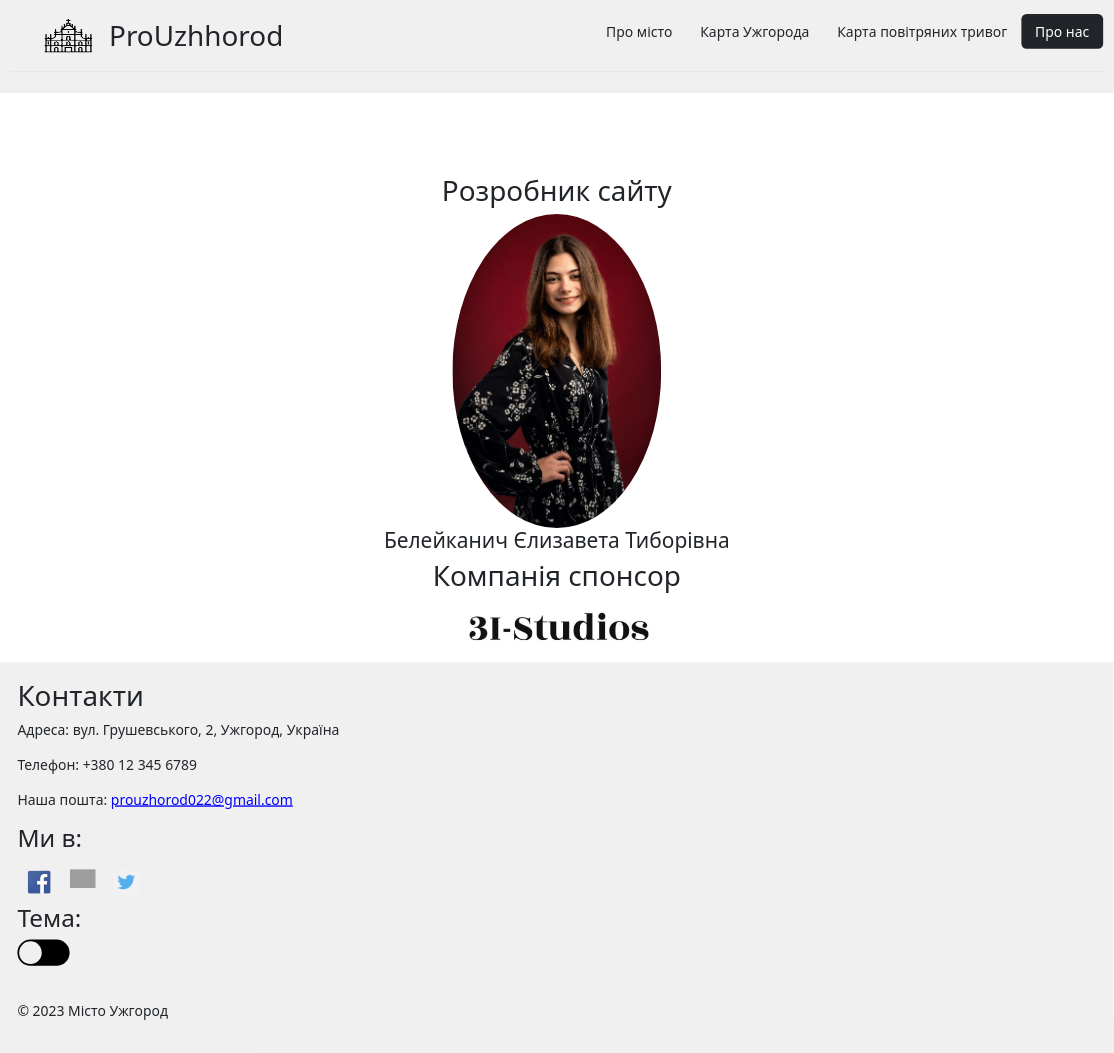
Repository: LordClaus/ProUzhorod
Page: UA/aboutUs.html
The author's editor kept a copy of each file at every save. The page is drawn from the files as they stood at one save, then again after the next save.
The browser window is 1280 px wide. The pictures show the whole page, at 87% of full size.
Pictures or frames that could not be fetched are drawn as grey boxes.

Above is the page before, as saved 2024-05-06 18:42:13.
Console error: TypeError: Cannot read properties of null (reading 'addEventListener')

### UA/aboutUs.html
<!DOCTYPE html>
<html lang="uk">

<head>
    <meta charset="UTF-8">
    <meta name="viewport" content="width=device-width, initial-scale=1.0">
    <title>Місто Ужгород</title>
    <link rel="stylesheet" type="text/css" href="Data/styles.css">
    <!-- Bootstrap CSS (jsDelivr CDN) -->
    <link href="https://cdn.jsdelivr.net/npm/bootstrap@5.3.0/dist/css/bootstrap.min.css" rel="stylesheet"
        integrity="sha384-9ndCyUaIbzAi2FUVXJi0CjmCapSmO7SnpJef0486qhLnuZ2cdeRhO02iuK6FUUVM" crossorigin="anonymous">
    <!-- Bootstrap Bundle JS (jsDelivr CDN) -->
    <script defer src="https://cdn.jsdelivr.net/npm/bootstrap@5.3.0/dist/js/bootstrap.bundle.min.js"
        integrity="sha384-geWF76RCwLtnZ8qwWowPQNguL3RmwHVBC9FhGdlKrxdiJJigb/j/68SIy3Te4Bkz"
        crossorigin="anonymous"></script>
    <script>
        document.addEventListener("DOMContentLoaded", function () {
            const div = document.querySelector("div");
            div.classList.remove("scrolled");
            window.addEventListener("scroll", () => {
                const div = document.querySelector("div");
                const scrollPosition = window.scrollY;
                div.classList.remove("scrolled");
            });
            document.querySelector('a[href="#contact"]').addEventListener('click', function (e) {
                e.preventDefault();
                const target = document.querySelector('#contact');
                if (target) {
                    const offset = target.getBoundingClientRect().top + window.scrollY - document.querySelector('nav').clientHeight;
                    window.scrollTo({
                        top: offset,
                        behavior: 'smooth'
                    });
                }
            });
        });
        document.addEventListener('DOMContentLoaded', function () {
            // Перевіряємо, чи зберіглась темна тема у localStorage
            const isDarkTheme = localStorage.getItem('theme') === 'dark-theme';

            // Якщо темна тема була активована на головній сторінці, застосуємо її на цій сторінці
            if (isDarkTheme) {
                document.body.classList.add('dark-theme');
            }
        });
    </script>
</head>

<body style="background: white;">
    <div class="container-fluid  fixed-top scrolled">
        <header class="d-flex flex-wrap justify-content-center py-3 mb-4 border-bottom">
            <a href="Main.html"
                class="d-flex align-items-center mb-3 mb-md-0 me-md-auto text-dark text-decoration-none">
                <svg class="bi me-2" width="40" height="32">
                    <use xlink:href="#bootstrap"></use>
                </svg>
                <img src="Data/Images/25.png" height="50px" class="d-inline-block align-text-top">
                <h2 class="m-0">ProUzhhorod</h2>
            </a>
            <ul class="nav nav-pills">
                <li class="nav-item"><a class="nav-link text-dark" href="Main.html">Про місто</a></li>
                <li class="nav-item"><a class="nav-link text-dark" href="map.html">Карта Ужгорода</a></li>
                <li class="nav-item"><a class="nav-link text-dark" href="mapAirRade.html">Карта повітряних тривог</a>
                </li>
                <li class="nav-item"><a class="nav-link active bg-dark">Про нас</a></li>
            </ul>
        </header>
    </div>
    <header style="height: 200px; color: #fff; padding-top: 120px; visibility: hidden;">
        <div class="scrolled">
            <h1>Про нас</h1>
        </div>
    </header>

    <section>
        <div class="p center-content">
            <h2>Розробник сайту</h2>
            <img src="Data/Images/1.jpg" style="max-width: 30%; border-radius: 50%;">
            <h4>Белейканич Єлизавета Тиборівна</h4>
        </div>
    </section>

    <section>
        <div class="p center-content">
            <h2>Компанія спонсор</h2>
            <img src="Data/Images/15.png" style="max-width: 30%;">
        </div>
    </section>

    <section id="contact">
        <div class="bottom">
            <h2>Контакти</h2>
            <p>Адреса: вул. Грушевського, 2, Ужгород, Україна</p>
            <p>Телефон: +380 12 345 6789</p>
            <p>Наша пошта: <a href="mailto:prouzhorod022@gmail.com"
                    style="color: blue;"><u>prouzhorod022@gmail.com</u></a></p>
            <h3>Ми в:</h3>
            <div class="links">
                <img src="Data/Images/19.png">
                <img src="Data/Images/20.png">
                <img src="Data/Images/21.png">
            </div>
            <h3>Тема:</h3>
            <div class="toggle-switch">
                <input type="checkbox" id="switch" />
                <label for="switch" class="toggle-label"></label>
            </div>
        </div>
    </section>
    <footer>
        <div class="bottom">
            <p>&copy; 2023 Місто Ужгород</p>
        </div>
    </footer>
</body>

</html>

### UA/Data/styles.css
/* Стилі для body */
.cont {
    max-width: 1250px;
    margin: 0 auto;
    width: 100%;
    margin: 5px;
    padding: 0 20px;
}

* {
    box-sizing: border-box;
    padding: 0;
    margin: 0;
}

#languageDropdownMenu {
    display: none;
    position: absolute;
    border: 0px solid white;
    padding: 5px;
}

#languageDropdown {
    border: 0px solid white;
}

.dropdown-item:hover + #languageDropdownMenu,
#languageDropdownMenu:hover {
    display: block;
}

body {
    font-family: Arial, sans-serif;
    background-color: #f0f0f0;
    margin: 0;
    padding: 0;
}

a {
    text-decoration: none;
    /* Забрати підкреслення */
    color: inherit;
    /* Змінити колір тексту на спадковий (залежить від батьківського елементу) */
}

/* Стилі для верхньої панелі навігації */

.container-fluid {
    position: relative;
    z-index: 1;
    background-color: #f0f0f0;
    transition: transform 0.5s;
}

.container-fluid.scrolled {
    transform: translateY(-250px);
    /* Початкова позиція поза екраном для плавного з'явлення */
    transition: transform 0.5s ease;
}


/* Стилі для заголовка в шапці */
.header {
    color: #fff;
    padding-top: 220px;
    background: linear-gradient(rgba(0, 0, 0, 0.5), rgba(0, 0, 0, 0.5)), url("Images/35.gif");
    background-size: cover;
    background-position: center;
    height: 770px;
}

.header img {
    display: block;
    margin: 0 auto;
    width: 200px;
}

.theme {
    margin-left: 2%;
    transition: transform 1.5s, opacity 1s;
    animation: fadeOut 1s;
}

.theme.scrolled {
    transform: translateX(-800px);
    opacity: 0;
}

@media (min-width: 815px) {

    .left {
        transition: transform 1.5s, opacity 1s;
        animation: fadeOut 1s;
    }

    .left.scrolled {
        transform: translateX(-80px);
        opacity: 0;
    }

    .right {
        transition: transform 1.5s, opacity 1s;
        animation: fadeOut 1s;
    }

    .right.scrolled {
        transform: translateX(+80px);
        opacity: 0;
    }
}

.paragraph {
    margin-right: 1.3%;
    margin-left: 1.3%;
    padding: 20px;
    font-size: 20px;
    background-color: #f0f0f0;
    background-size: cover;
    margin-top: 5px;
    /* Відступи між контейнерами */
    margin-bottom: 5px;
    /* Відступи між контейнерами */
}

/* Стилі для заголовка */
h1 {
    font-size: 36px;
}

.wrap {
    display: flex;
    position: relative;
}

/* Стилі для контейнера піктограм */
.new-pictograms {
    display: flex;
    flex-wrap: wrap;
    /* Дозволяє обгортати рядки */
    gap: 30px;
    padding: 20px 0;
    text-align: center;
}

/* Стилі для окремої піктограми */
.new-pictogram {
    flex-direction: row;
    justify-content: flex-end;
    /* Текст центрується по правому краю */
    align-items: center;
    /* Вертикальне вирівнювання тексту по центру */
}

.new-pictogram img {
    max-width: 100%;
    /* Забороняємо фотографіям виходити за межі контейнерів по ширині */
    max-height: 100%;
    /* Забороняємо фотографіям виходити за межі контейнерів по висоті */
    display: block;
}

.new-pictogram p {
    font-size: 20px;
    text-align: left;
    color: rgb(0, 0, 0);
    margin-top: -260px;
    margin-left: 400px;
    padding: 15px;
    max-width: 400px;
    position: absolute;
    text-decoration: none;
}

.new-pictogram .p {
    font-size: 20px;
    text-align: right;
    /* Змініть це на "right", щоб текст центрувався справа */
    background-color: #f6ff00;
    color: rgb(0, 0, 0);
    margin-top: -70px;
    margin-left: 750px;
    padding: 15px;
    border-radius: 20px;
    position: absolute;
    text-decoration: none;
    transition: all 0.3s;
}

.new-pictogram .p:hover {
    transform: scale(1.05);
}

/* Стилі для контейнера змісту */
.new-container {
    max-width: 960px;
    margin: 0 auto;
    padding: 40px;
    max-height: 250px;
    background-color: #fff;
    background-size: cover;
    border-radius: 30px;
    transition: all 0.3s;
    flex-basis: 100%;
    /* 100% ширина для рядку */
}

.new-container:hover {
    transform: scale(1.05);
}



.p {
    max-width: 800px;
    margin: 0 auto;
    background-size: cover;
    font-size: 20px;
}

/* Стилі для CTA-кнопки */
a.cta-button {
    background-color: none;
    color: rgb(255, 255, 255);
    padding: 6px;
    border-color: #fff;
    border-width: 5px;
    border-style: solid;
    position: absolute;
    text-decoration: none;
    transition: all 0.3s;
}

.center-content {
    display: flex;
    justify-content: center;
    align-items: center;
    flex-direction: column;
}

.map {
    width: 100%;
    height: auto;
    margin-top: 60px;
    margin-left: auto;
    margin-right: auto;
    position: relative;
}

.links {
    height: 50px;
    width: 150px;
    display: grid;
    grid-template-columns: auto auto auto;
}

.links img {
    max-width: 50px;
    max-height: 50px;
    padding: 10px;
}

.toggle-switch {
    display: grid;
    grid-template-columns: (2, f1);
    position: relative;
    display: inline-block;
    width: 60px;
    height: 30px;
}

.toggle-switch input {
    opacity: 0;
    width: 0;
    height: 0;
}

.toggle-label {
    position: absolute;
    cursor: pointer;
    top: 0;
    left: 0;
    right: 0;
    bottom: 0;
    background-color: black;
    border-radius: 30px;
    transition: background-color 0.3s;
}

.toggle-label::before {
    position: absolute;
    content: "";
    height: 26px;
    width: 26px;
    left: 2px;
    bottom: 2px;
    background-color: #f0f0f0;
    border-radius: 50%;
    transition: transform 0.3s;
}

.toggle-switch input:checked+.toggle-label {
    background-color: #f0f0f0;
}

.toggle-switch input:checked+.toggle-label::before {
    transform: translateX(30px);
    background-color: black;
}

img {
    width: 100%;
}

.bl1__list {
    display: flex;
    width: 100%;
    flex-direction: column;
    align-items: center;
    /* Розміщує елементи по горизонталі по центру */
}

.bl1 {
    display: flex;
    color: #000;
}

.bl1:nth-child(2n) {
    flex-direction: row-reverse;
}

@media (max-width: 815px) {
    .bl1 {
        flex-direction: row;
        flex-wrap: wrap;
    }
}

.bl1__left {
    width: 50%;
    margin: 0 auto;
}

@media (max-width: 815px) {
    .bl1__left {
        width: 100%;
    }
}

.bl1__img {
    margin: 0 auto;
}

.bl1__right {
    width: 60%;
    padding: 0 25px;
    display: flex;
    flex-direction: column;
    align-items: center;
    justify-content: center;
}

.navi {
    visibility: hidden;
    display: none;
}

@media (max-width: 815px) {
    .bl1__right {
        margin: 0 auto;
        width: 100%;
        margin-top: 20px;
    }

    .navi {
        visibility: visible;
        width: 50px;
        height: auto;
        display: flex;
    }
}

.bottom {
    margin: 0 auto;
    padding: 20px;
    max-width: 100%;
    max-height: 600px;
    background-color: #f0f0f0;
    background-size: cover;
}

/* Стилі для темної теми */
.dark-theme {
    background-color: #111;
    /* Колір фону для темної теми */
    color: #fff;
    /* Колір тексту для темної теми */
}

/* Змінюємо колір тексту та фону для елементів, де початковий колір #f0f0f0 або #fff */
.dark-theme * {
    color: #fff !important;
}

.dark-theme [style*="background-color: #f0f0f0"],
.dark-theme [style*="color: #fff"],
.dark-theme [style*="color: white"] {
    color: #111 !important;
}

.dark-theme .bottom {
    background-color: #1f1f1f;
}

.dark-theme .dropdown-menu {
    background-color: #111;
}

.dark-theme .nav-item:hover, .dark-theme .dropdown-item:hover {
    background-color: #1a1a1a;
}

.dark-theme .container-fluid {
    background-color: #1f1f1f !important;
    /* Колір фону для темної теми */
    color: #fff;
    /* Колір тексту для темної теми */
}

.dark-theme .nav-pills .text-dark {
    color: #fff !important;
}

.dark-theme .nav-pills .bg-dark {
    color: #111 !important;
    background-color: #fff !important;
}

Loaded but not shown: UA/aboutus.js (no stored copy; drawn as an empty file)

After the next save:
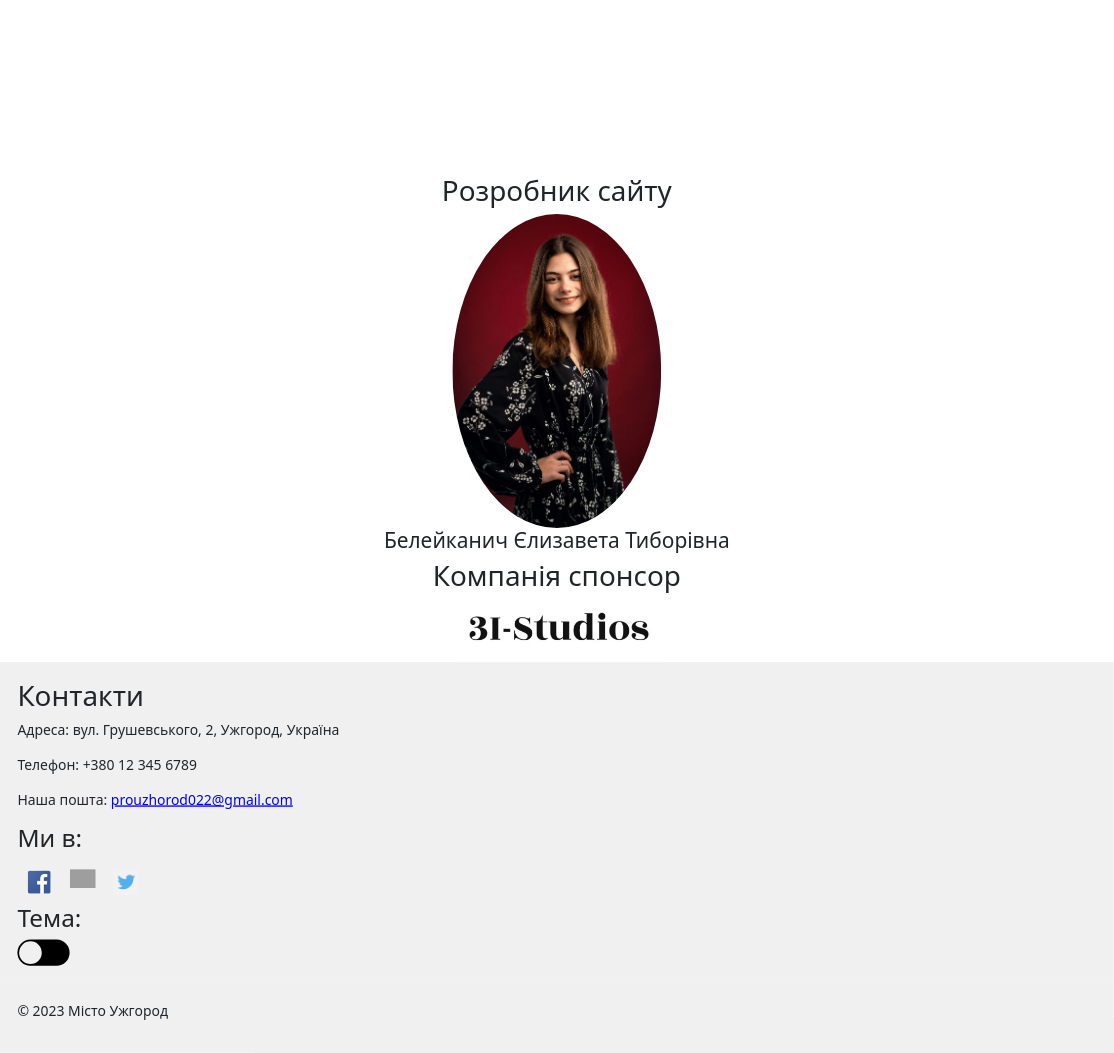
The error is gone.
Saved 51 s later.
--- a/UA/aboutUs.html
+++ b/UA/aboutUs.html
@@ -13,37 +13,7 @@
     <script defer src="https://cdn.jsdelivr.net/npm/bootstrap@5.3.0/dist/js/bootstrap.bundle.min.js"
         integrity="sha384-geWF76RCwLtnZ8qwWowPQNguL3RmwHVBC9FhGdlKrxdiJJigb/j/68SIy3Te4Bkz"
         crossorigin="anonymous"></script>
-    <script>
-        document.addEventListener("DOMContentLoaded", function () {
-            const div = document.querySelector("div");
-            div.classList.remove("scrolled");
-            window.addEventListener("scroll", () => {
-                const div = document.querySelector("div");
-                const scrollPosition = window.scrollY;
-                div.classList.remove("scrolled");
-            });
-            document.querySelector('a[href="#contact"]').addEventListener('click', function (e) {
-                e.preventDefault();
-                const target = document.querySelector('#contact');
-                if (target) {
-                    const offset = target.getBoundingClientRect().top + window.scrollY - document.querySelector('nav').clientHeight;
-                    window.scrollTo({
-                        top: offset,
-                        behavior: 'smooth'
-                    });
-                }
-            });
-        });
-        document.addEventListener('DOMContentLoaded', function () {
-            // Перевіряємо, чи зберіглась темна тема у localStorage
-            const isDarkTheme = localStorage.getItem('theme') === 'dark-theme';
-
-            // Якщо темна тема була активована на головній сторінці, застосуємо її на цій сторінці
-            if (isDarkTheme) {
-                document.body.classList.add('dark-theme');
-            }
-        });
-    </script>
+    <script src="aboutus.js"> </script>
 </head>
 
 <body style="background: white;">
